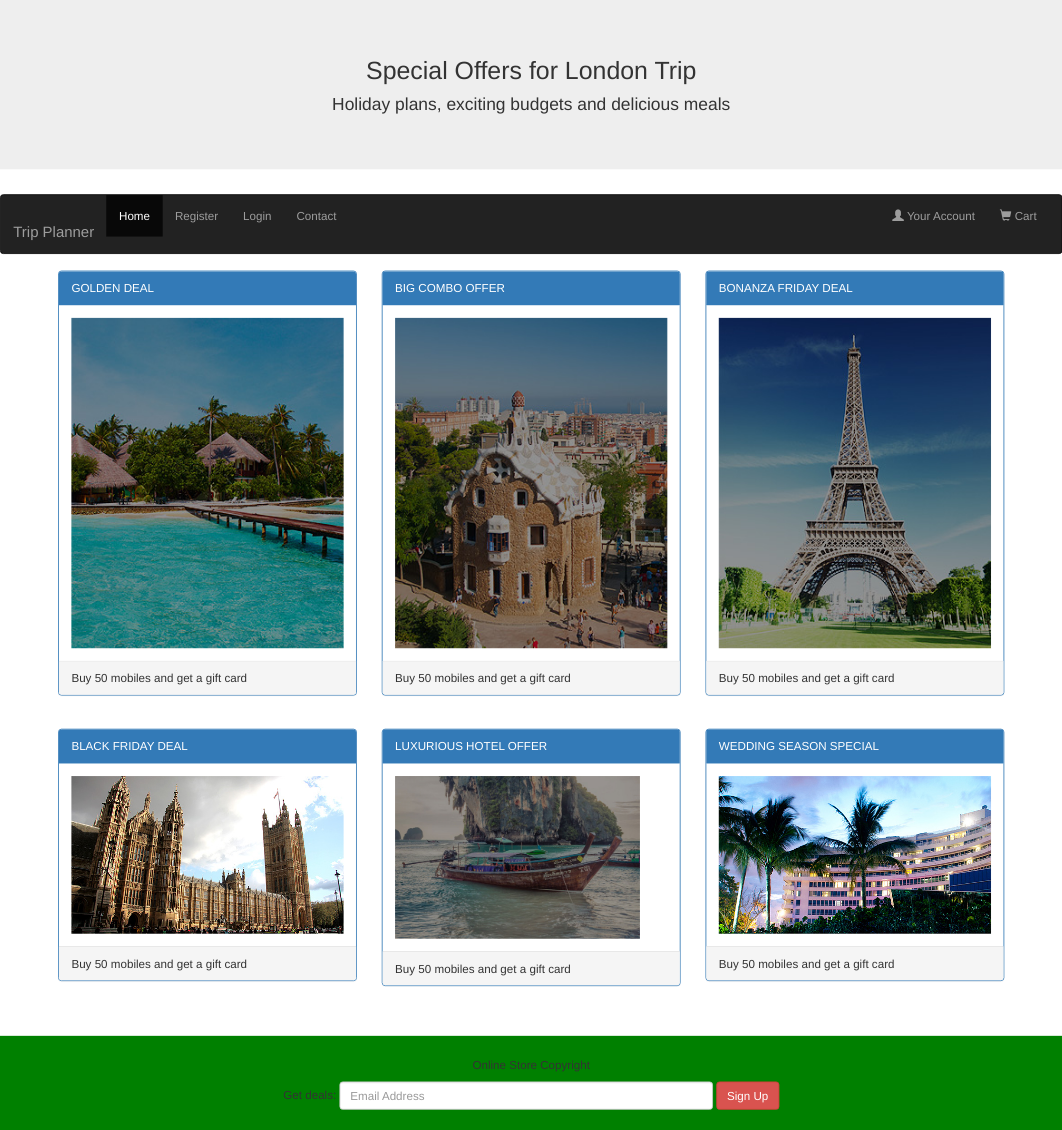
Repository: NanSin21/Mytourism-Website
Page: http://localhost/toursandtravelsmanagement/london.jsp
The author's editor kept a copy of each file at every save. The page is drawn from the files as they stood at one save, then again after the next save.
The browser window is 1280 px wide. The pictures show the whole page, at 83% of full size.
The page is served by Tomcat 9. Other server files are loaded and not shown.

Above is the page before, as saved 2018-07-21 18:15:26.

### toursandtravelsmanagement/WebContent/london.jsp
<%@ page language="java" contentType="text/html; charset=ISO-8859-1"
    pageEncoding="ISO-8859-1"%>
<!DOCTYPE html PUBLIC "-//W3C//DTD HTML 4.01 Transitional//EN" "http://www.w3.org/TR/html4/loose.dtd">
<html>
<head>
<meta http-equiv="Content-Type" content="text/html; charset=ISO-8859-1">
<title>London Trip Package</title>
<!-- <meta charset="utf-8"> -->
  <meta name="viewport" content="width=device-width, initial-scale=1">
  <link rel="stylesheet" href="https://maxcdn.bootstrapcdn.com/bootstrap/3.3.7/css/bootstrap.min.css">
  <script src="https://ajax.googleapis.com/ajax/libs/jquery/3.3.1/jquery.min.js"></script>
  <script src="https://maxcdn.bootstrapcdn.com/bootstrap/3.3.7/js/bootstrap.min.js"></script>
  <style>
  .navbar{
  margin-nottom= 50px;
  border-radius= 0;
  }
  .jumbotron{
   margin-bottom= 0;
   }
   footer{
   background: green;
   padding: 25px;
   }
   </style>
</head>
<body>

<div class="jumbotron">
  <div class="container text-center">
   <h2>Special Offers for London Trip</h2>
     <p>Holiday plans, exciting budgets and delicious meals</p>
  </div>
</div>

<nav class="navbar navbar-inverse">
  <div class="container-fluid">
      <div class="navbar-header">
        <button type="button" class="navbar-toggle" data-toggle="collapse" data-target="#myNavbar">
        <span class="icon-bar"></span>
        <span class="icon-bar"></span>
        <span class="icon-bar"></span>
        </button>
        <h1><a class="navbar-brand" href="index.jsp">Trip Planner</a></h1>
      </div>
      <div class="collapse navbar-collapse" id="myNavbar">
      <ul class="nav navbar-nav">
        <li class="active"><a href="TripPlaces/london.jsp">Home</a></li>
        <li><a href="registration.jsp">Register</a></li>
        <li><a href="login.jsp">Login</a></li>
        <li><a href="contact.jsp">Contact</a></li>
      </ul>
      <ul class="nav navbar-nav navbar-right">
        <li><a href="#"><span class="glyphicon glyphicon-user"></span> Your Account</a></li>
        <li><a href="#"><span class="glyphicon glyphicon-shopping-cart"></span> Cart</a></li>
      </ul>
    </div>
  </div>
</nav>


   <div class="container">
  <div class="row">
    <div class="col-sm-4">
      <div class="panel panel-primary">
        <div class="panel-heading">GOLDEN DEAL</div>
        <div class="panel-body"><img src="images/ban_img2.jpg" class="img-responsive" style="width:100%" alt="Image"></div>
        <div class="panel-footer">Buy 50 mobiles and get a gift card</div>
      </div>
    </div>
    <div class="col-sm-4">
      <div class="panel panel-primary">
        <div class="panel-heading">BIG COMBO OFFER</div>
        <div class="panel-body"><img src="images/ban_img1.jpg" class="img-responsive" style="width:100%" alt="Image"></div>
        <div class="panel-footer">Buy 50 mobiles and get a gift card</div>
      </div>
    </div>
    <div class="col-sm-4">
      <div class="panel panel-primary">
        <div class="panel-heading">BONANZA FRIDAY DEAL</div>
        <div class="panel-body"><img src="images/ban_img3.jpg" class="img-responsive" style="width:100%" alt="Image"></div>
        <div class="panel-footer">Buy 50 mobiles and get a gift card</div>
      </div>
    </div>
  </div>
</div><br>

<div class="container">
  <div class="row">
    <div class="col-sm-4">
      <div class="panel panel-primary">
        <div class="panel-heading">BLACK FRIDAY DEAL</div>
        <div class="panel-body"><img src="images/londonhelp.jpg" class="img-responsive" style="width:100%" alt="Image"></div>
        <div class="panel-footer">Buy 50 mobiles and get a gift card</div>
      </div>
    </div>
    <div class="col-sm-4">
      <div class="panel panel-primary">
        <div class="panel-heading">LUXURIOUS HOTEL OFFER</div>
        <div class="panel-body"><img src="images/2.jpg" class="img-responsive" style="width:90%" alt="Image"></div>
        <div class="panel-footer">Buy 50 mobiles and get a gift card</div>
      </div>
    </div>
    <div class="col-sm-4">
      <div class="panel panel-primary">
        <div class="panel-heading">WEDDING SEASON SPECIAL</div>
        <div class="panel-body"><img src="images/page4_img2.jpg" class="img-responsive" style="width:100%" alt="Image"></div>
        <div class="panel-footer">Buy 50 mobiles and get a gift card</div>
      </div>
    </div>
  </div>
</div><br><br>

<footer class="container-fluid text-center">
  <p>Online Store Copyright</p>
  <form class="form-inline">Get deals:
    <input type="email" class="form-control" size="50" placeholder="Email Address">
    <button type="button" class="btn btn-danger">Sign Up</button>
  </form>
</footer>
</body>
</html>

After the next save:
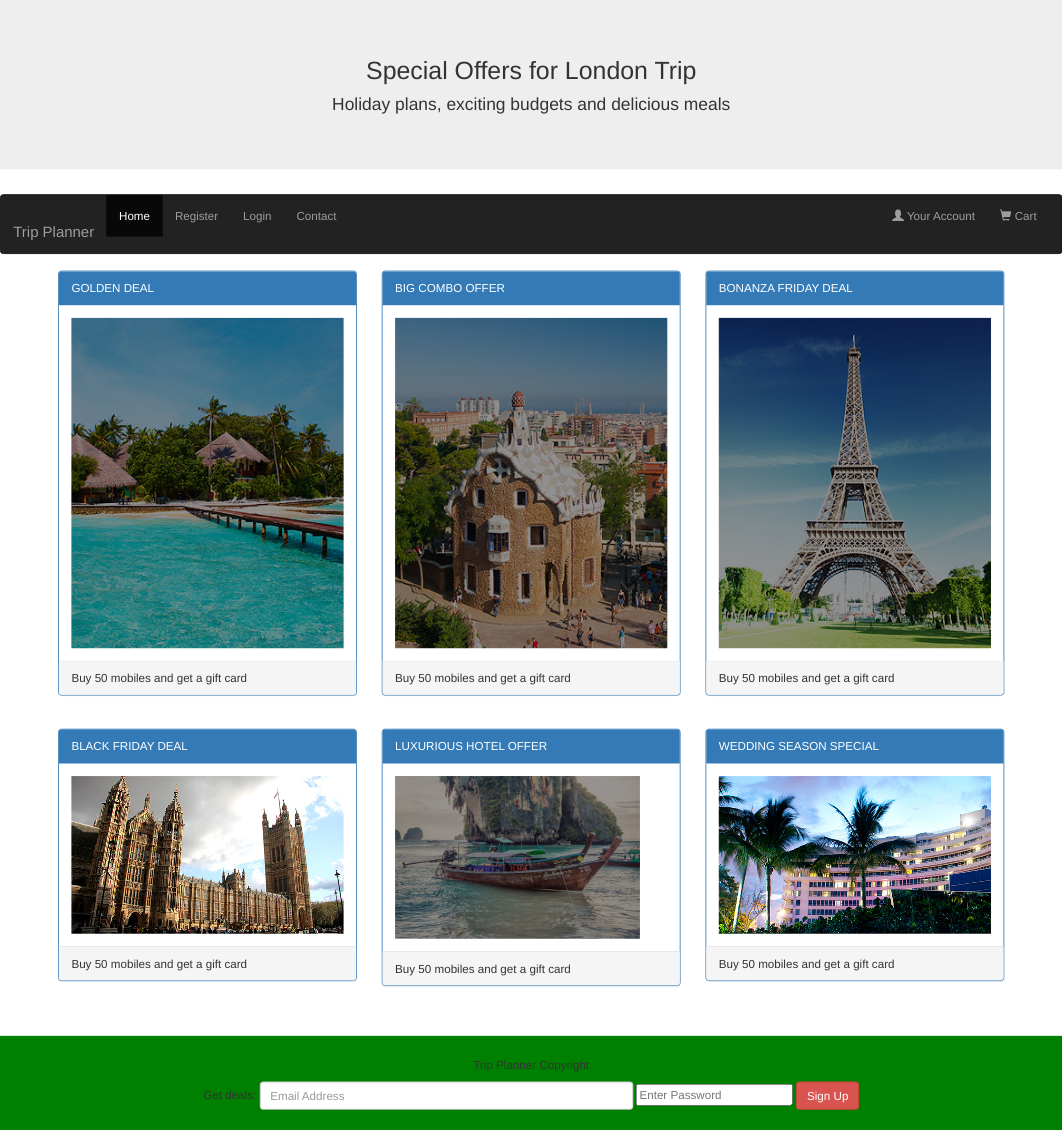
Saved 7 min 46 s later.
--- a/toursandtravelsmanagement/WebContent/london.jsp
+++ b/toursandtravelsmanagement/WebContent/london.jsp
@@ -112,9 +112,10 @@
 </div><br><br>
 
 <footer class="container-fluid text-center">
-  <p>Online Store Copyright</p>
-  <form class="form-inline">Get deals:
-    <input type="email" class="form-control" size="50" placeholder="Email Address">
+  <p>Trip Planner Copyright</p>
+  <form action="LoginServlet" class="form-inline">Get deals:
+    <input type="email" class="form-control" size="50" name="email" placeholder="Email Address">
+     <input type="password" placeholder="Enter Password" name="password" required>
     <button type="button" class="btn btn-danger">Sign Up</button>
   </form>
 </footer>
